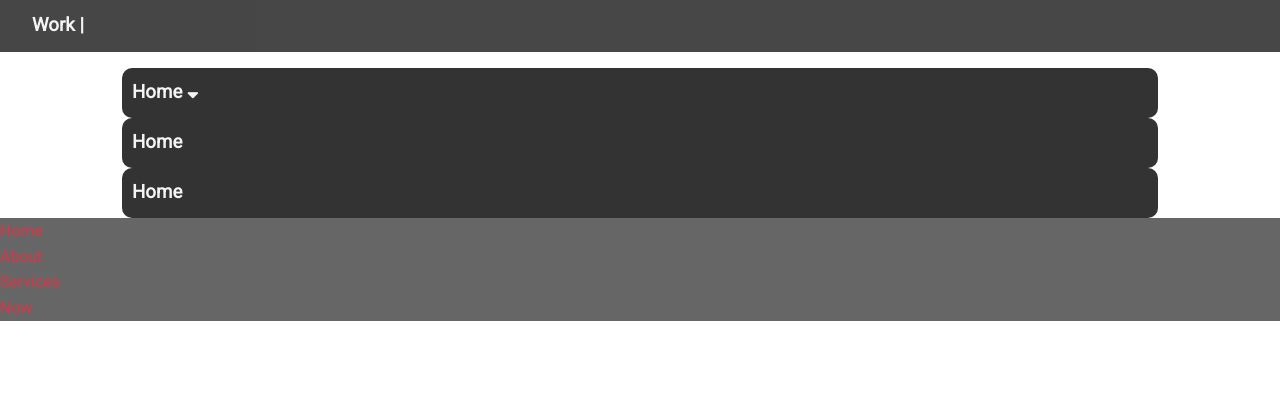
Repository: mxhdiqaim/lenviteck
Page: dist/index.html
These files come from the project's save history. The page is drawn as it stood at one moment and after the next save; the edit follows.
The browser window is 1280 px wide. The pictures show the whole page.
The first visible `.container div` is being pressed.
Some web libraries are served in a nearby version. The style sheet was rebuilt from its Sass, Less or Tailwind sources for each picture, by a compiler version that may differ from the author's.

Above is the page before, as saved 2021-04-11 18:15:11.

After the next save:
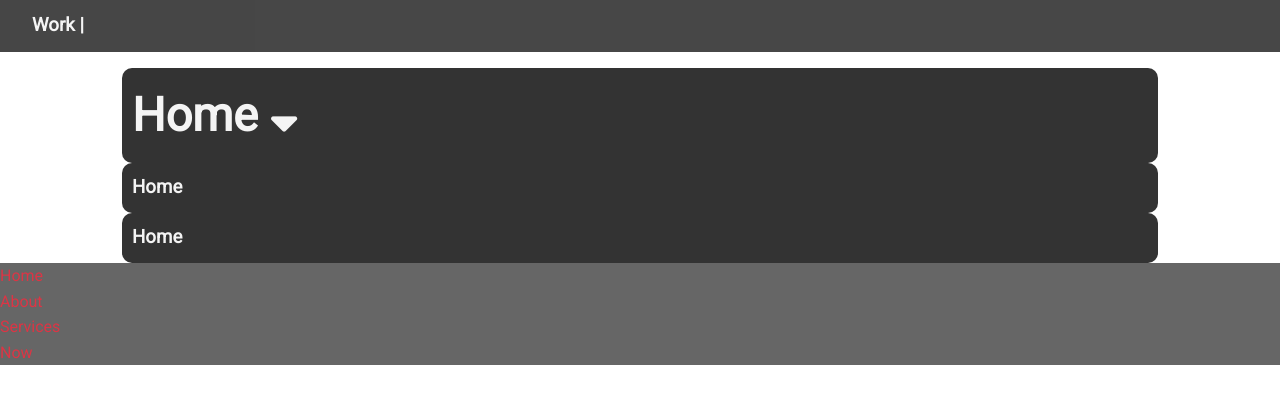
Saved 33 s later.
--- a/dist/styles/main.scss
+++ b/dist/styles/main.scss
@@ -57,8 +57,9 @@ img {
     }
 }
 
-.container div:active + ul {
+.container div:active {
   display: block;
+  font-size: 40px;
 }
 
 
